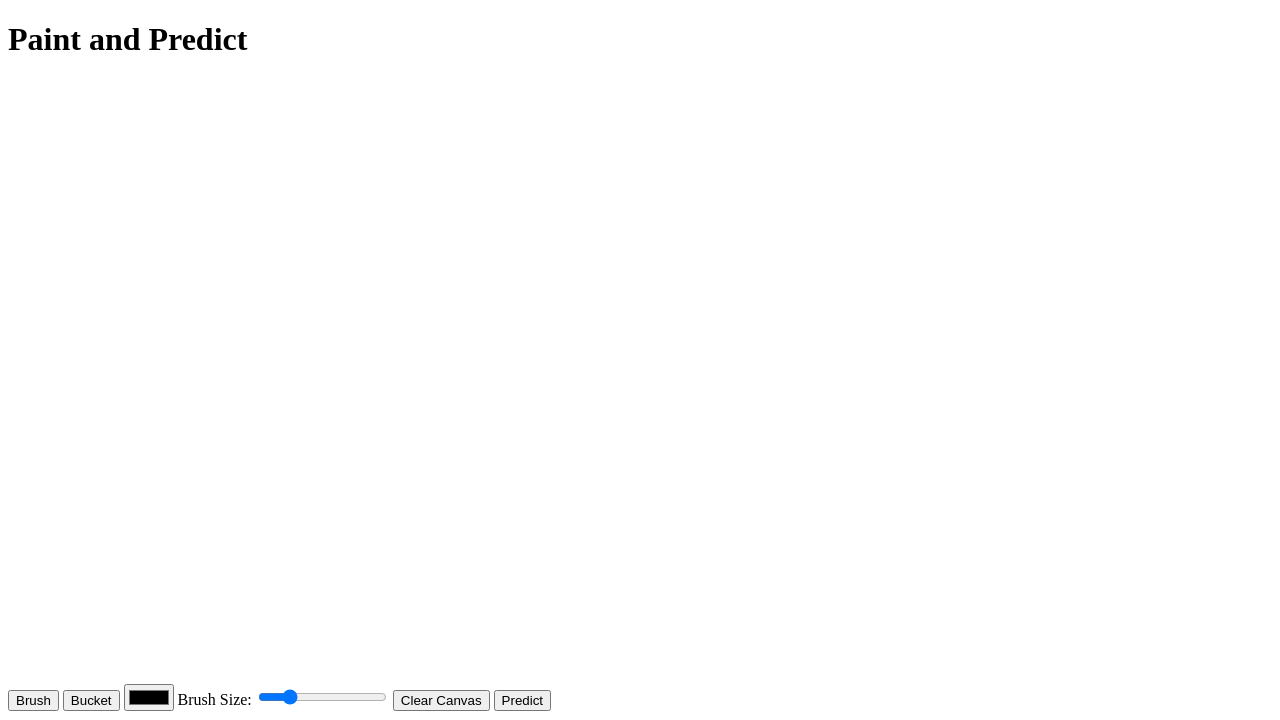
Repository: choobrendan/Flag-Guesser
Page: http://localhost/
An editor plug-in stored every save of this project. The page is shown before and after the next save, followed by the edit.
The browser window is 1280 px wide. The pictures show the whole page.
The page is served by the project's application, run on Flask 3 (app.py).

Above is the page before, as saved 2023-08-27 18:37:46.

### templates/index.html
<!DOCTYPE html>
<html lang="en">
<head>
    <meta charset="UTF-8">
    <meta name="viewport" content="width=device-width, initial-scale=1.0">
    <title>Paint and Predict</title>
</head>
<body>
    <h1>Paint and Predict</h1>

    <canvas id="paint-canvas" width="800" height="600"></canvas>

    <div id="paint-controls">
        <button id="brush-tool">Brush</button>
        <button id="bucket-tool">Bucket</button>
        <input type="color" id="color-picker" value="#000000">
        <label for="brush-size">Brush Size:</label>
        <input type="range" id="brush-size" min="1" max="20" value="5">
        <button id="clear-canvas">Clear Canvas</button>
        <button id="predict-button">Predict</button>
    </div>

    <div id="prediction-result"></div>

    <script>
        const canvas = document.getElementById('paint-canvas');
        const ctx = canvas.getContext('2d');
        let painting = false;
        let currentTool = 'brush';
        let currentColor = '#000000';
        let brushSize = 5;
        let strokesSinceLastPrediction = 0; // Counter for brush strokes

        canvas.addEventListener('mousedown', startPainting);
        canvas.addEventListener('mouseup', stopPainting);
        canvas.addEventListener('mousemove', draw);

        document.getElementById('brush-tool').addEventListener('click', useBrush);
        document.getElementById('bucket-tool').addEventListener('click', useBucket);
        document.getElementById('color-picker').addEventListener('input', pickColor);
        document.getElementById('brush-size').addEventListener('input', updateBrushSize);
        document.getElementById('clear-canvas').addEventListener('click', clearCanvas);
        document.getElementById('predict-button').addEventListener('click', predictImage);

        function startPainting(event) {
            painting = true;
            draw(event);
        }

        function stopPainting() {
            painting = false;
            ctx.beginPath();
            strokesSinceLastPrediction++;

            if (strokesSinceLastPrediction >= 5) {
                predictImage();
                strokesSinceLastPrediction = 0;
            }
        }

        function draw(event) {
            if (!painting) return;

            const canvasRect = canvas.getBoundingClientRect();
            const mouseX = event.clientX - canvasRect.left;
            const mouseY = event.clientY - canvasRect.top;

            ctx.lineWidth = brushSize;
            ctx.lineCap = 'round';
            ctx.strokeStyle = currentColor;

            ctx.lineTo(mouseX, mouseY);
            ctx.stroke();
            ctx.beginPath();
            ctx.moveTo(mouseX, mouseY);
        }

        function useBrush() {
            currentTool = 'brush';
            canvas.style.cursor = 'crosshair';
        }

        function useBucket() {
            currentTool = 'bucket';
            canvas.style.cursor = 'url(bucket-cursor.png), auto'; // Set your bucket cursor image
        }

        function pickColor(event) {
            currentColor = event.target.value;
            if (currentTool === 'brush') {
                canvas.style.cursor = 'crosshair';
            }
        }

        function updateBrushSize(event) {
            brushSize = event.target.value;
        }

        function clearCanvas() {
            ctx.clearRect(0, 0, canvas.width, canvas.height);
            strokesSinceLastPrediction = 0;
        }

        function predictImage() {
            // You can implement the image prediction logic here
            // Replace this with the actual fetch to your prediction endpoint
            fetch('/predict', {
                method: 'POST',
                body: canvas.toDataURL() // Convert canvas content to data URL
            })
            .then(response => response.json())
            .then(data => {
                const resultDiv = document.getElementById('prediction-result');
                resultDiv.innerHTML = "";

                const predictions = data.predictions;
                for (const prediction of predictions) {
                    const class_name = prediction.class_name;
                    const score = prediction.score;

                    const predictionInfo = document.createElement('p');
                    predictionInfo.textContent = `Nation: ${class_name}, Confidence: ${score}`;
                    resultDiv.appendChild(predictionInfo);
                }
            })
            .catch(error => {
                console.error('Error:', error);
            });
        }
    </script>
</body>
</html>

### app.py
from flask import Flask, render_template, request, jsonify
import tensorflow as tf
import numpy as np
import cv2
import io

app = Flask(__name__)

# Load the pre-trained CNN model
model = tf.keras.models.load_model('static/model.h5')
model.summary()

# Load class names
class_names = ['Afghanistan',
 'Albania',
 'Algeria',
 'Andorra',
 'Angola',
 'Antigua & Barbuda',
 'Argentina',
 'Armenia',
 'Australia',
 'Austria',
 'Azerbaijan',
 'Bahamas',
 'Bahrain',
 'Bangladesh',
 'Barbados',
 'Belarus',
 'Belgium',
 'Belize',
 'Benin',
 'Bhutan',
 'Bolivia',
 'Bosnia & Herzegovina',
 'Botswana',
 'Brazil',
 'Brunei',
 'Bulgaria',
 'Burkina Faso',
 'Burundi',
 'CAR',
 'Cambodia',
 'Cameroon',
 'Canada',
 'Cape Verde',
 'Chad',
 'Chile',
 'China',
 'Colombia',
 'Comoros',
 'Congo',
 'Costa Rica',
 'Croatia',
 'Cuba',
 'Cyprus',
 'Czech Republic',
 'Denmark',
 'Djibouti',
 'Doctor Congo',
 'Dominica',
 'Dominican Republic',
 'Ecuador',
 'Egypt',
 'El Salvador',
 'Equatorial Guinea',
 'Eritrea',
 'Estonia',
 'Eswatini',
 'Ethiopia',
 'Fiji',
 'Finland',
 'France',
 'Gabon',
 'Gambia',
 'Georgia',
 'Germany',
 'Ghana',
 'Greece',
 'Grenada',
 'Guatemala',
 'Guinea',
 'Guinea Bisseau',
 'Guyana',
 'Haiti',
 'Honduras',
 'Hungary',
 'Iceland',
 'India',
 'Indonesia',
 'Iran',
 'Iraq',
 'Ireland',
 'Israel',
 'Italy',
 'Ivory Coast',
 'Jamaica',
 'Japan',
 'Jordan',
 'Kazakhstan',
 'Kenya',
 'Kiribati',
 'Kuwait',
 'Kyrgyzstan',
 'Laos',
 'Latvia',
 'Lebanon',
 'Lesotho',
 'Liberia',
 'Libya',
 'Liechenstein',
 'Lithuania',
 'Luxemborg',
 'Madagascar',
 'Malawi',
 'Malaysia',
 'Maldives',
 'Mali',
 'Malta',
 'Marshall Islands',
 'Mauritius',
 'Maurituana',
 'Mexico',
 'Micronesia',
 'Modolva',
 'Monaco',
 'Mongolia',
 'Montenegro',
 'Morocco',
 'Mozambique',
 'Myanmar',
 'Namibia',
 'Nauru',
 'Nepal',
 'Netherlands',
 'New Zealand',
 'Niger',
 'Nigeria',
 'North Korea',
 'North Macedonia',
 'Norway',
 'Oman',
 'Pakistan',
 'Palau',
 'Panama',
 'Papua Nue Guinea',
 'Paraguay',
 'Peru',
 'Philippines',
 'Poland',
 'Portugal',
 'Qatar',
 'Romania',
 'Russia',
 'Rwanda',
 'Saint Kitts and Nevis',
 'Saint Lucia',
 'Saint Vincent and the Grenadines',
 'Samoa',
 'San Marino',
 'Sao Tome and Principe',
 'Saudi Arabia',
 'Senegal',
 'Serbia',
 'Seychelles',
 'Sierra Leone',
 'Singapore',
 'Slovakia',
 'Slovenia',
 'Solomon Islands',
 'Somalia',
 'South Africa',
 'South Korea',
 'South Sudan',
 'Spain',
 'Sri Lanka',
 'St Kittis and Nevis',
 'Sudan',
 'Suriname',
 'Sweden',
 'Switzerland',
 'Syria',
 'Tajikistan',
 'Tanzania',
 'Thailand',
 'Timor Leste',
 'Togo',
 'Tonga',
 'Trinidad and Tobago',
 'Tunisia',
 'Turkey',
 'Turkmenistan',
 'Tuvalu',
 'UAE',
 'USA',
 'Uganda',
 'Ukraine',
 'United Kingdom',
 'Uruguay',
 'Uzbekistan',
 'Vanuatu',
 'Venezuela',
 'Vietnam',
 'Yemen',
 'Zambia',
 'Zimbabwe']

# Define a route to render the index.html page
@app.route('/')
def index():
    return render_template('index.html')

@app.route('/predict', methods=['POST'])
def predict():
    # try:
    #     print("aaaaaaaaaaaaa")
    #     if 'image' not in request.files:
    #         return jsonify({'error': 'No image uploaded'})

        image = request.files['image']
        # if image.filename == '':
        #     return jsonify({'error': 'No image selected'})

        img = cv2.imdecode(np.frombuffer(image.read(), np.uint8), cv2.IMREAD_COLOR)
        img = cv2.cvtColor(img, cv2.COLOR_BGR2RGB)
        # img = tf.image.convert_image_dtype(img, dtype=tf.float32)
        img = cv2.resize(img, (128, 128))
        img = tf.expand_dims(img, axis=0)

        predictions = model.predict(img)
        prediction_scores = tf.nn.softmax(predictions[0])
        prediction_scores = prediction_scores.numpy()
        top_classes = np.argsort(prediction_scores)[-5:][::-1]  # Get top 5 classes

        results = []
        for class_index in top_classes:
            class_name = class_names[class_index]
            score = prediction_scores[class_index].item()  # Convert float32 to Python float
            results.append({'class_name': class_name, 'score': score})

        return jsonify({'predictions': results})
    # except Exception as e:
    #     return jsonify({'error': str(e)})

if __name__ == '__main__':
    app.run(debug=True)

After the next save:
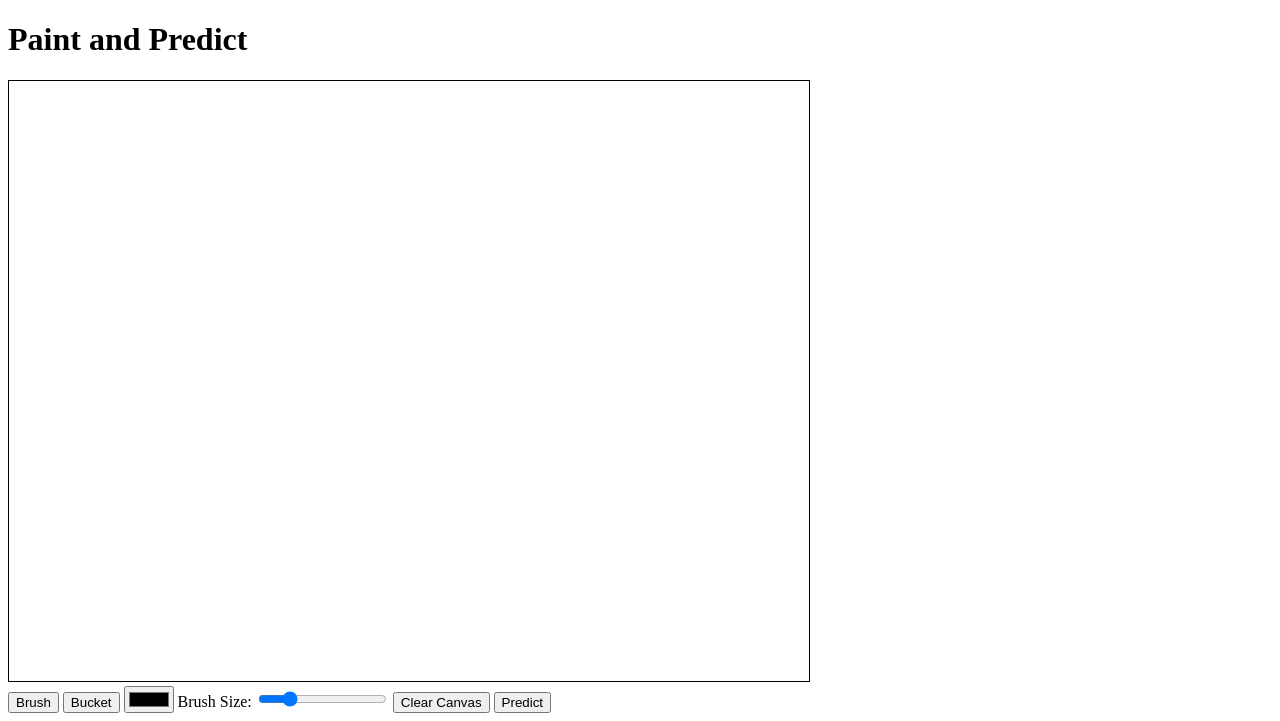
Saved 34 s later.
--- a/templates/index.html
+++ b/templates/index.html
@@ -21,7 +21,11 @@
     </div>
 
     <div id="prediction-result"></div>
-
+    <style>
+        canvas {
+            border: 1px solid black;
+        }
+    </style>
     <script>
         const canvas = document.getElementById('paint-canvas');
         const ctx = canvas.getContext('2d');
